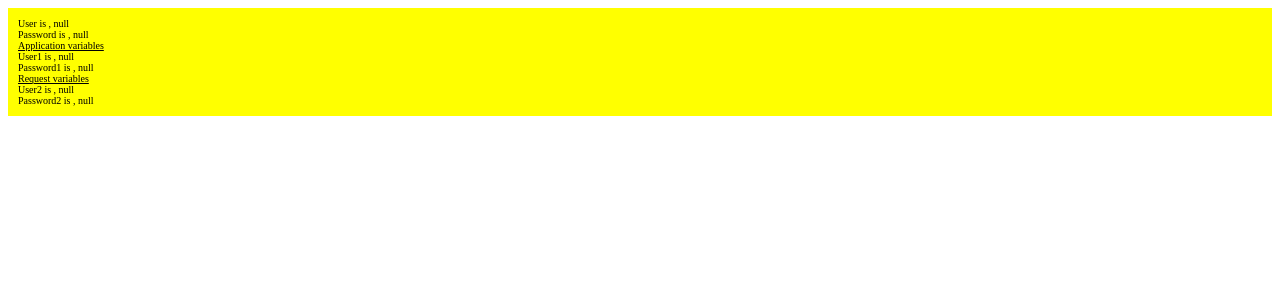
Repository: neethujk/Spring-Java-Training
Page: http://localhost/WebOld2/result.jsp
An editor plug-in stored every save of this project. The page is shown before and after the next save, followed by the edit.
The browser window is 1280 px wide. The pictures show the whole page.
The page is served by Tomcat 9. The template is opened directly, without the code that normally fills it, so the values that code supplies are empty.

Above is the page before, as saved 2020-02-13 08:45:36.

After the next save:
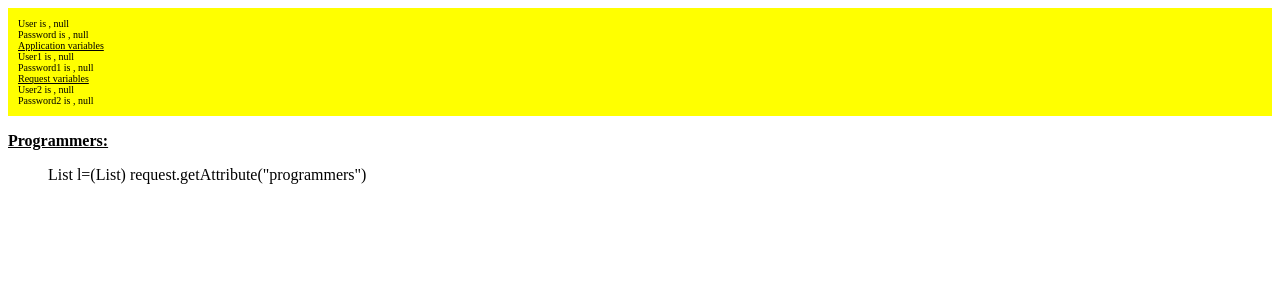
Saved 3 min 32 s later.
--- a/WebOld2/WebContent/result.jsp
+++ b/WebOld2/WebContent/result.jsp
@@ -30,5 +30,10 @@ User2 is , <%=user2 %><br>
 Password2 is , <%=password2%> <br>
 
 </div>
+
+<p>
+<B><u>Programmers:</u></B><br>
+<ul>
+List<String> l=(List<String>) request.getAttribute("programmers")</ul>
 </body>
 </html>
